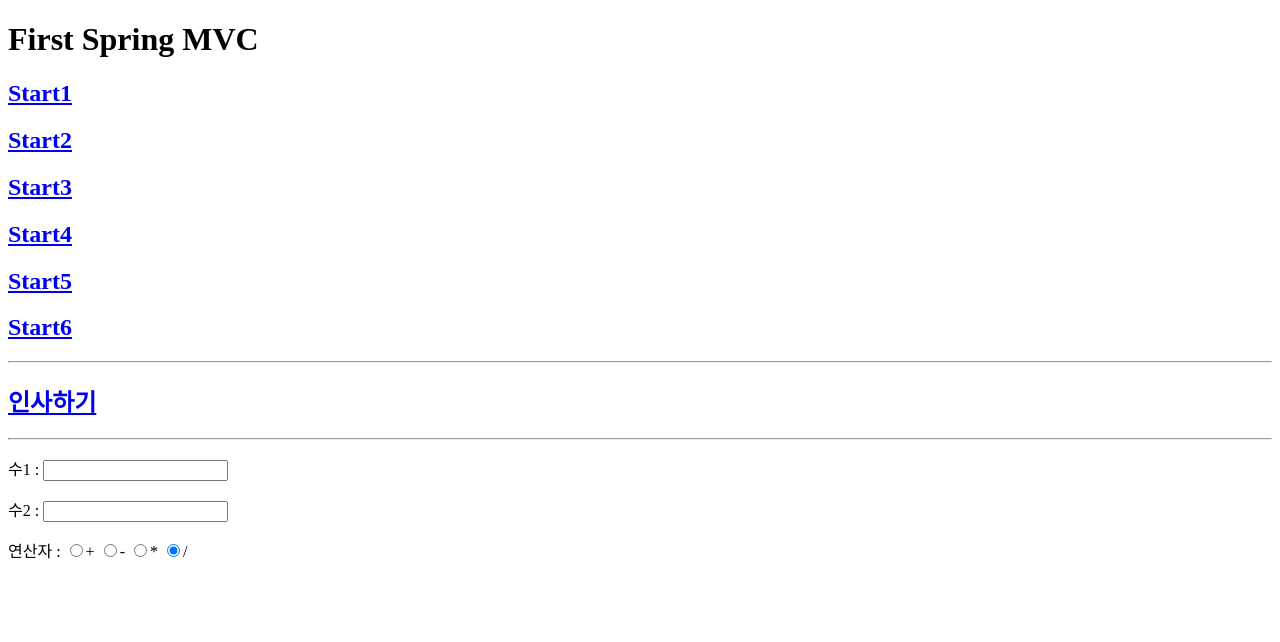
Repository: Developer120000/spring_mvc_study
Page: http://localhost/spring_mvc02/
The author's editor kept a copy of each file at every save. The page is drawn from the files as they stood at one save, then again after the next save.
The browser window is 1280 px wide. The pictures show the whole page.
The page is served by Tomcat 9.

Above is the page before, as saved 2024-03-19 03:12:20.

After the next save:
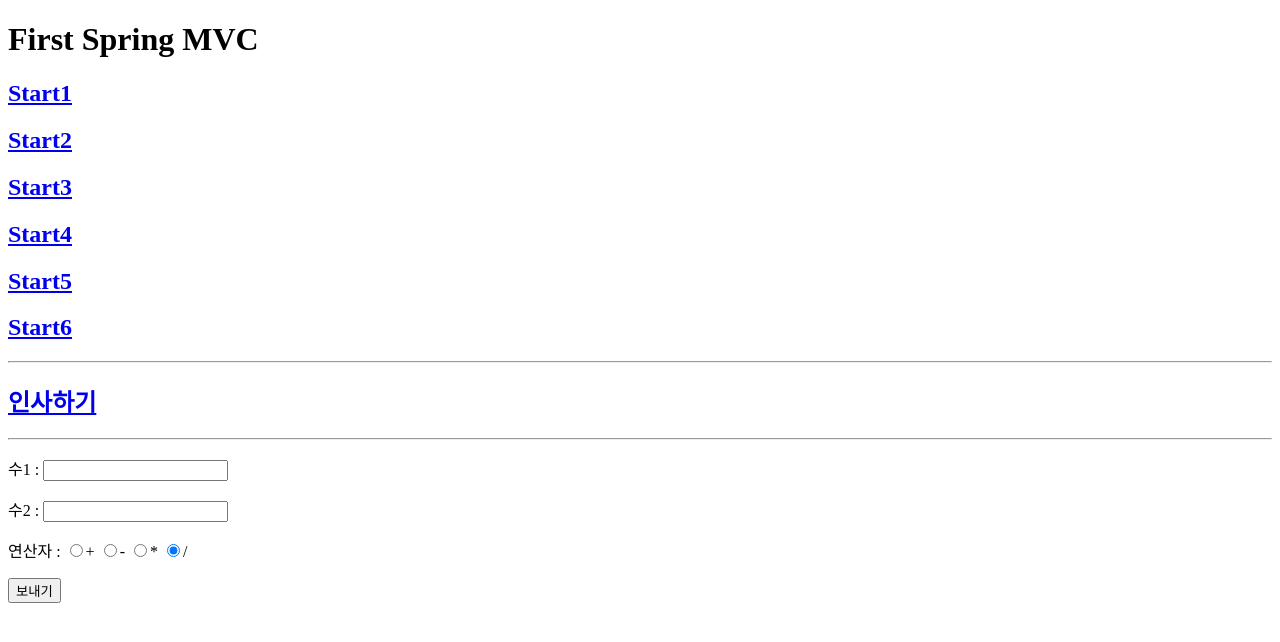
Saved 24 s later.
--- a/spring_mvc02/src/main/webapp/WEB-INF/views/index.jsp
+++ b/spring_mvc02/src/main/webapp/WEB-INF/views/index.jsp
@@ -28,6 +28,7 @@
 			<input type="radio" name="op" value="*" checked>*
 			<input type="radio" name="op" value="/" checked>/
 		</p>
+		<input type="submit" value="보내기">
 	</form>
 </body>
 </html>
